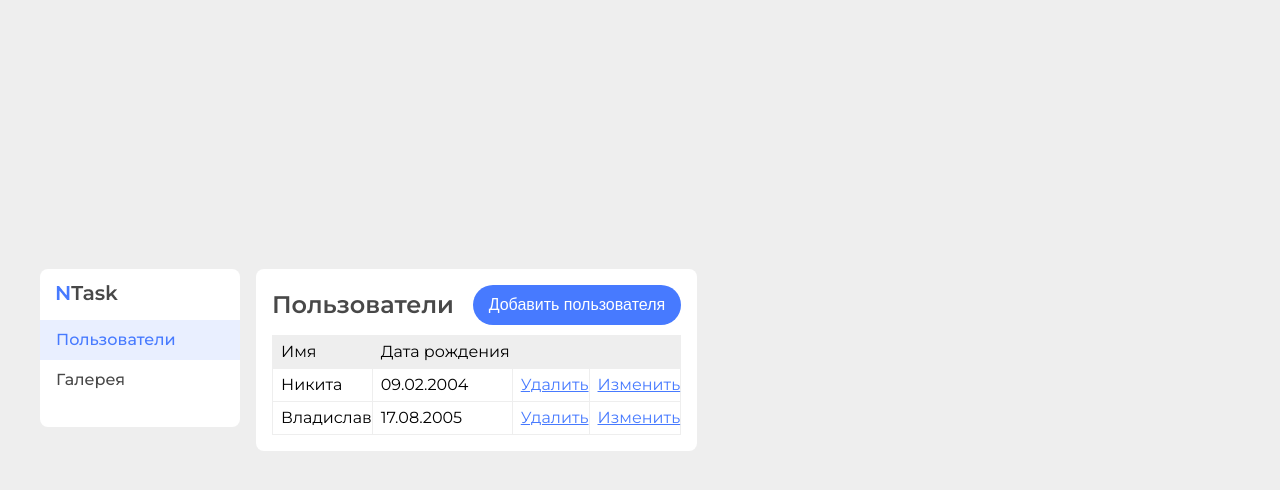
Repository: Grid-Master/NTask
Page: /gallery
The author's editor kept a copy of each file at every save. The page is drawn from the files as they stood at one save, then again after a run of saves.
The browser window is 1280 px wide. The pictures show the whole page.
The project was rebuilt for these pictures with package versions that can differ from the ones it lists, and the page was loaded fresh each time. Also part of the build but not shown: src/components/gallery/gallery.sass, src/components/gallery/Gallery.tsx, src/components/updateUser/updateUser.sass, src/components/updateUser/UpdateUser.tsx.

Above is the page before, as saved 2023-06-09 19:46:08.

### public/index.html
<!DOCTYPE html>
<html lang="en">
  <head>
    <meta charset="utf-8" />
    <link rel="icon" href="%PUBLIC_URL%/favicon.ico" />
    <meta name="viewport" content="width=device-width, initial-scale=1" />
    <meta name="theme-color" content="#000000" />
    <meta name="description" content="Web site created using create-react-app" />
    <link rel="apple-touch-icon" href="%PUBLIC_URL%/logo192.png" />
    <link rel="preconnect" href="https://fonts.googleapis.com" />
    <link rel="preconnect" href="https://fonts.gstatic.com" crossorigin />
    <link
      href="https://fonts.googleapis.com/css2?family=Montserrat:wght@300;400;500;600;700&display=swap"
      rel="stylesheet" />
    <link rel="manifest" href="%PUBLIC_URL%/manifest.json" />
    <title>React App</title>
  </head>
  <body>
    <noscript>You need to enable JavaScript to run this app.</noscript>
    <div id="root"></div>
  </body>
</html>

### src/index.tsx
import React from 'react';
import ReactDOM from 'react-dom/client';
import { Provider } from 'react-redux';
import './index.css';
import App from './App';
import { BrowserRouter } from 'react-router-dom';
import store from './store';

const root = ReactDOM.createRoot(document.getElementById('root') as HTMLElement);
root.render(
  <React.StrictMode>
    <BrowserRouter>
      <Provider store={store}>
        <App />
      </Provider>
    </BrowserRouter>
  </React.StrictMode>,
);

### src/index.css
html, body, div, span, applet, object, iframe,
h1, h2, h3, h4, h5, h6, p, blockquote, pre,
a, abbr, acronym, address, big, cite, code,
del, dfn, em, img, ins, kbd, q, s, samp,
small, strike, strong, sub, sup, tt, var,
b, u, i, center,
dl, dt, dd, ol, ul, li,
fieldset, form, label, legend,
table, caption, tbody, tfoot, thead, tr, th, td,
article, aside, canvas, details, embed,
figure, figcaption, footer, header, hgroup,
menu, nav, output, ruby, section, summary,
time, mark, audio, video {
	margin: 0;
	padding: 0;
	border: 0;
	font-size: 100%;
	font: inherit;
	vertical-align: baseline;
}
/* HTML5 display-role reset for older browsers */
article, aside, details, figcaption, figure,
footer, header, hgroup, menu, nav, section {
	display: block;
}
body {
	line-height: 1;
}
ol, ul {
	list-style: none;
}
blockquote, q {
	quotes: none;
}
blockquote:before, blockquote:after,
q:before, q:after {
	content: '';
	content: none;
}
table {
	border-collapse: collapse;
}
body {
  margin: 0;
  font-family: Montserrat;
  background: #EEEEEE;
;
}
input {
	font-family: Montserrat;
}

#root {
	display: flex;
	align-items: center;
	justify-content: center;
	height: 100vh;
}

code {
  font-family: source-code-pro, Menlo, Monaco, Consolas, 'Courier New',
    monospace;
}

### src/App.tsx
import './App.css';
import { FC, useEffect } from 'react';
import Navbar from './components/navabar/Navbar';
import UserList from './components/userList/UserList';
import { Routes, Route, useNavigate } from 'react-router-dom';
import Gallery from './components/gallery/Gallery';
import UpdateUser from './components/updateUser/UpdateUser';

const App: FC = () => {
  const navigate = useNavigate();
  useEffect(() => {
    navigate('/NTask/users');
  }, []);

  return (
    <div className="App">
      <Navbar />
      <Routes>
        <Route path="/NTask/users" element={<UserList />} />
        <Route path="/NTask/users/:id" element={<UpdateUser />} />
        <Route path="/NTask/gallery" element={<Gallery />} />
        <Route path="*" element={<h1>Error</h1>} />
      </Routes>
    </div>
  );
};

export default App;

### src/store/index.ts
import { configureStore } from '@reduxjs/toolkit';
import usersReducer from './usersSlice';
import galleryReducer from './gallerySlice';

const store = configureStore({
  reducer: { usersReducer, galleryReducer },
});

export default store;

export type RootState = ReturnType<typeof store.getState>;
export type AppDispatch = typeof store.dispatch;

### src/App.css
.App {

  width: 100%;
  display: flex;
  align-items:start;
  gap: 16px;
  max-width: 1200px;
  margin: 0 auto;
}

@media screen and (max-width: 1200px) {
  .App {
    flex-direction: column;
    max-width: 1000px;
  }
}
@media screen and (max-width: 1000px) {
  .App {
    max-width: 600px;
    padding: 16px;
  }
}
@media screen and (max-width: 600px) {
  .App {
    max-width: calc(320px - 32px);
  }
}

### src/components/navabar/Navbar.tsx
import { FC } from 'react';
import './navbar.sass';
import { useNavigate, useLocation } from 'react-router-dom';
const logo = require('../../images/logo.png');

const Navbar: FC = () => {
  const navigate = useNavigate();
  const { pathname } = useLocation();

  return (
    <div className="navbar">
      <div className="navbar__imagecontainer">
        <img src={logo} alt="logo" />
      </div>
      <div
        className={pathname.includes('/users') ? 'navbar__item navbar__active' : 'navbar__item'}
        onClick={() => navigate('/NTask/users')}>
        Пользователи
      </div>
      <div
        className={pathname.includes('/gallery') ? 'navbar__item navbar__active' : 'navbar__item'}
        onClick={() => navigate('/NTask/gallery')}>
        Галерея
      </div>
    </div>
  );
};

export default Navbar;

### src/components/userList/UserList.tsx
import React, { FC } from 'react';
import { useNavigate } from 'react-router-dom';
import './userList.sass';
import { useAppDispatch, useAppSelector } from '../../store/hooks';
import { removeUser } from '../../store/usersSlice';

const UserList: FC = () => {
  const navigate = useNavigate();
  const users = useAppSelector((state) => state.usersReducer.users);
  const dispatch = useAppDispatch();

  const updateHandler = (router: string) => {
    navigate(router);
    window.scrollTo(0, 0);
  };

  const deleteHandler = (id: number) => {
    dispatch(removeUser(id));
  };

  return (
    <div className="userList">
      <div>
        <h1 className="userList__title">Пользователи</h1>
        <button className="userList__addUserBtn" onClick={() => updateHandler('createuser')}>
          Добавить пользователя
        </button>
      </div>
      <table className="userList__table">
        <tr className="userList__table-info">
          <td>Имя</td>
          <td>Дата рождения</td>
          <td></td>
          <td></td>
        </tr>
        {users.map((user) => (
          <tr key={user.id}>
            <td>{user.name}</td>
            <td>{user.date}</td>
            <td className="userList__table-btn" onClick={() => deleteHandler(user.id)}>
              Удалить
            </td>
            <td className="userList__table-btn" onClick={() => updateHandler(`${user.id}`)}>
              Изменить
            </td>
          </tr>
        ))}
      </table>
    </div>
  );
};

export default UserList;

### src/store/usersSlice.ts
import { createSlice, PayloadAction } from '@reduxjs/toolkit';
import { users } from '../data/users';

export interface IUser {
  id: number;
  name: string;
  date: string;
}

const usersSlice = createSlice({
  name: 'users',
  initialState: {
    users: [...users] as IUser[],
  },
  reducers: {
    addUser(state, action: PayloadAction<IUser>) {
      state.users.push(action.payload);
    },
    updateUser(state, action: PayloadAction<IUser>) {
      let updateUser = state.users.find((user) => user.id === action.payload.id);
      if (updateUser) {
        updateUser.name = action.payload.name;
        updateUser.date = action.payload.date;
      }
      state.users = state.users.map((user) => (user.id === updateUser?.id ? updateUser : user));
    },
    removeUser(state, action: PayloadAction<number>) {
      state.users = state.users.filter((user) => user.id !== action.payload);
    },
  },
});

export const { removeUser, updateUser, addUser } = usersSlice.actions;

export default usersSlice.reducer;

### src/store/gallerySlice.ts
import { createSlice, PayloadAction } from '@reduxjs/toolkit';

export interface IPhoto {
  id: number;
  isSelected: boolean;
  file: any;
}

const gallerySlice = createSlice({
  name: 'users',
  initialState: {
    photos: [] as IPhoto[],
  },
  reducers: {
    addPhoto(state, action: PayloadAction<IPhoto>) {
      state.photos.unshift(action.payload);
    },
    pickPhoto(state, action: PayloadAction<number>) {
      const pickedPhoto = state.photos.findIndex((photo) => photo.id === action.payload);
      console.log(pickedPhoto, 'picked');
      if (pickedPhoto !== -1) {
        state.photos[pickedPhoto] = {
          ...state.photos[pickedPhoto],
          isSelected: !state.photos[pickedPhoto].isSelected,
        };
      }
    },
    removePhotos(state) {
      state.photos = state.photos.filter((photo) => !photo.isSelected);
    },
  },
});

export const { addPhoto, pickPhoto, removePhotos } = gallerySlice.actions;

export default gallerySlice.reducer;

### src/components/navabar/navbar.sass
.navbar
    width: 200px
    height: 158px
    background: #FFFFFF
    border-radius: 8px
    &__imagecontainer
        padding: 16px 0
        margin-left: 16px
    &__item
        padding: 8px 16px
        cursor: pointer
        font-weight: 500
        font-size: 16px
        line-height: 150%
        color: #484848
        transition: .3s
        &:hover
            color: #477AFF

    &__active
        background: #E9EFFF
        color: #477AFF

@media screen and (max-width: 600px)
    .navbar
        width: 288px
        height: 158px

### src/components/userList/userList.sass
.userList
    // width: 100%
    background: #FFFFFF
    border-radius: 8px
    padding: 16px
    >div
        display: flex
        align-items: center
        justify-content: space-between
    &__title
        font-weight: 600
        font-size: 24px
        line-height: 150%
        color: #484848
    &__addUserBtn
        font-weight: 500
        font-size: 16px
        line-height: 100%
        color: #FFFFFF
        background: #477AFF
        border-radius: 20px
        padding: 12px 16px
        border: none
        outline: none
        cursor: pointer
        transition: .3s
        &:hover
            opacity: .8
    &__table
        margin-top: 10px
        // width: 952px
        td
            border: 1px solid #EEEEEE
            // width: 238px
            text-align: start
            padding: 8px 0
            padding-left: 8px
        &-btn
            cursor: pointer
            text-decoration-line: underline
            color: #477AFF
            transition: .2s
            text-align: center !important
            &:hover
                opacity: .8
        tr td:nth-child(2)
            width: 131px !important
        // tr:first-child td:first-child
        //     border-radius: 8px 0 0 0
        // tr:first-child td:last-child
        //     border-radius: 0 8px 0 0
        // tr:last-child td:first-child
        //     border-radius: 0 0 8px 0
        // tr:last-child td:last-child
        //     border-radius: 0 0 0 8px //??
        &-info
            background-color: #EEEEEE
            border-radius: 8px !important

@media screen and (max-width: 1200px)
    .userList
        width: calc( 100% - 32px )
@media screen and (max-width: 600px)
    .userList
        &__table
            display: block
            overflow-x: scroll
            &::-webkit-scrollbar
                // width: 4px
                scroll-margin-top: 5px
                height: 4px
                border: 1px solid #d5d5d5
            &::-webkit-scrollbar-track
                border-radius: 0
                background: #eeeeee
            &::-webkit-scrollbar-thumb
                border-radius: 0
                background: #b0b0b0
                cursor: pointer
        >div
            flex-direction: column
            align-items: start
        &__title
            margin-bottom: 10px

### src/store/hooks.ts
import { useDispatch, useSelector, TypedUseSelectorHook } from 'react-redux';
import type { RootState, AppDispatch } from '../store';

export const useAppDispatch = () => useDispatch<AppDispatch>();
export const useAppSelector: TypedUseSelectorHook<RootState> = useSelector;

### src/data/users.ts
import { IUser } from '../store/usersSlice';

export const users: IUser[] = [
  {
    id: 1,
    name: 'Никита',
    date: '09.02.2004',
  },
  {
    id: 2,
    name: 'Владислав',
    date: '17.08.2005',
  },
];

After the next 2 saves:
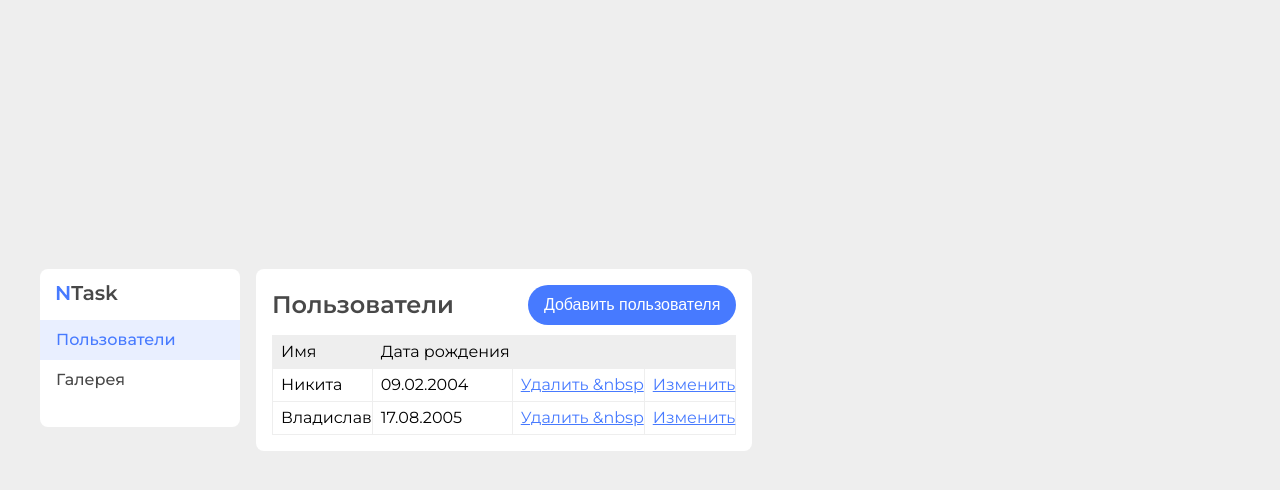
The 2 saves are shown as one change because they came seconds apart.
The last was saved 30 s later.
--- a/src/components/userList/UserList.tsx
+++ b/src/components/userList/UserList.tsx
@@ -38,7 +38,7 @@ const UserList: FC = () => {
             <td>{user.name}</td>
             <td>{user.date}</td>
             <td className="userList__table-btn" onClick={() => deleteHandler(user.id)}>
-              Удалить
+              Удалить &nbsp
             </td>
             <td className="userList__table-btn" onClick={() => updateHandler(`${user.id}`)}>
               Изменить
